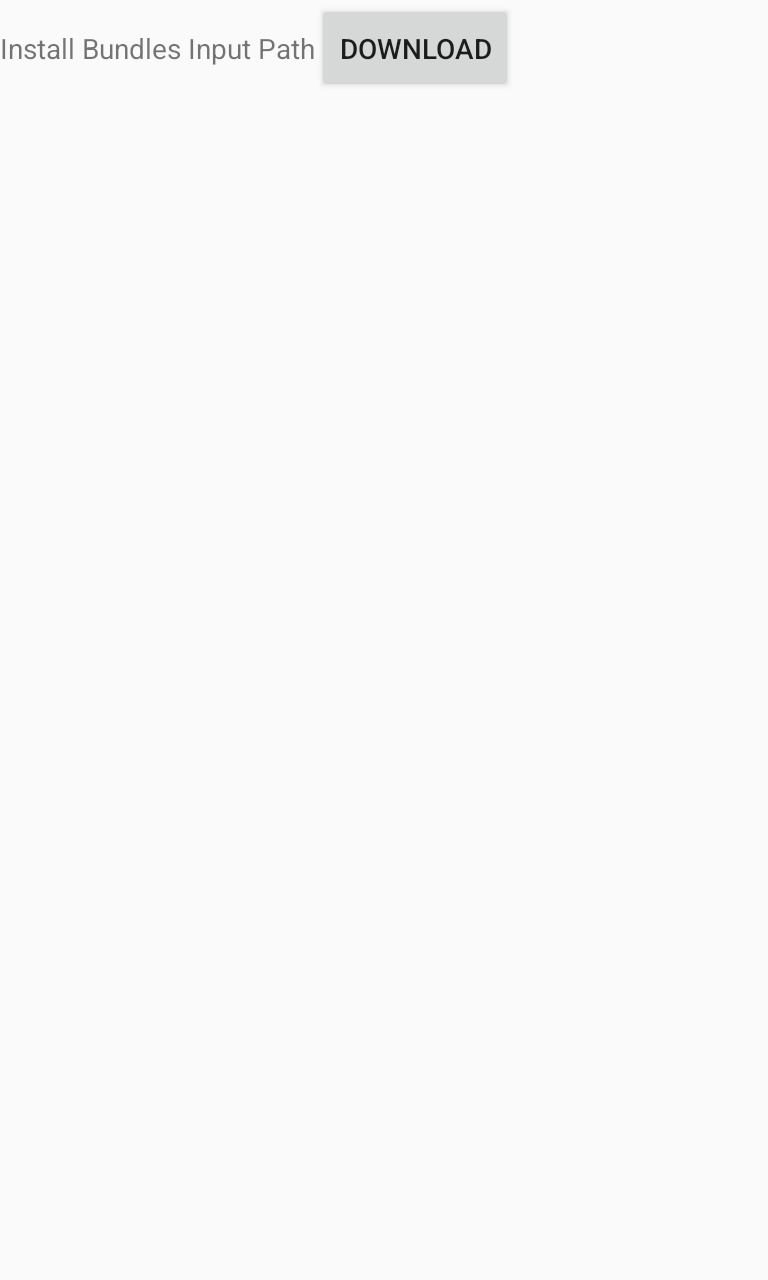
Repository: theodosiac/gyroscope_Rest_Android
Layout: HelloFelix/res/layout/activity_main.xml
These files come from the project's save history. The layout is drawn as it stood at one moment and after a run of saves; the edit follows.
It is drawn on a 768 x 1280 px phone screen (xhdpi) without system bars, with theme AppTheme; the app's code is not run.

Above is the layout before, as saved 2015-03-25 18:46:30.

After the next 2 saves:
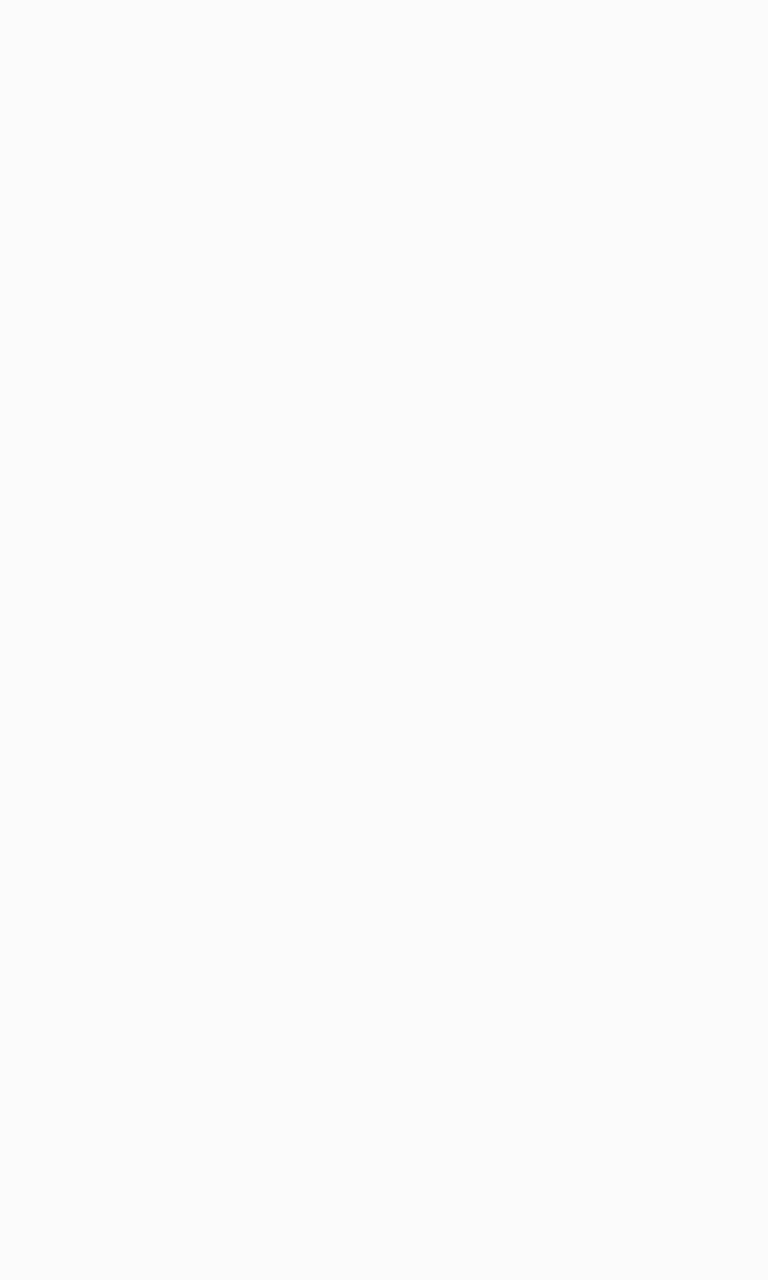
The 2 saves are shown as one change because they came seconds apart.
The last was saved 2 min 10 s later.
--- a/HelloFelix/res/layout/activity_main.xml
+++ b/HelloFelix/res/layout/activity_main.xml
@@ -6,7 +6,7 @@
     tools:context=".MainActivity" >
 
     	<LinearLayout
-		    android:layout_width="match_parent"
+		    android:layout_width="0dp"
 		    android:layout_height="match_parent"
 		    android:orientation="horizontal"
 		    tools:context=".MainActivity" >

After the save that followed:
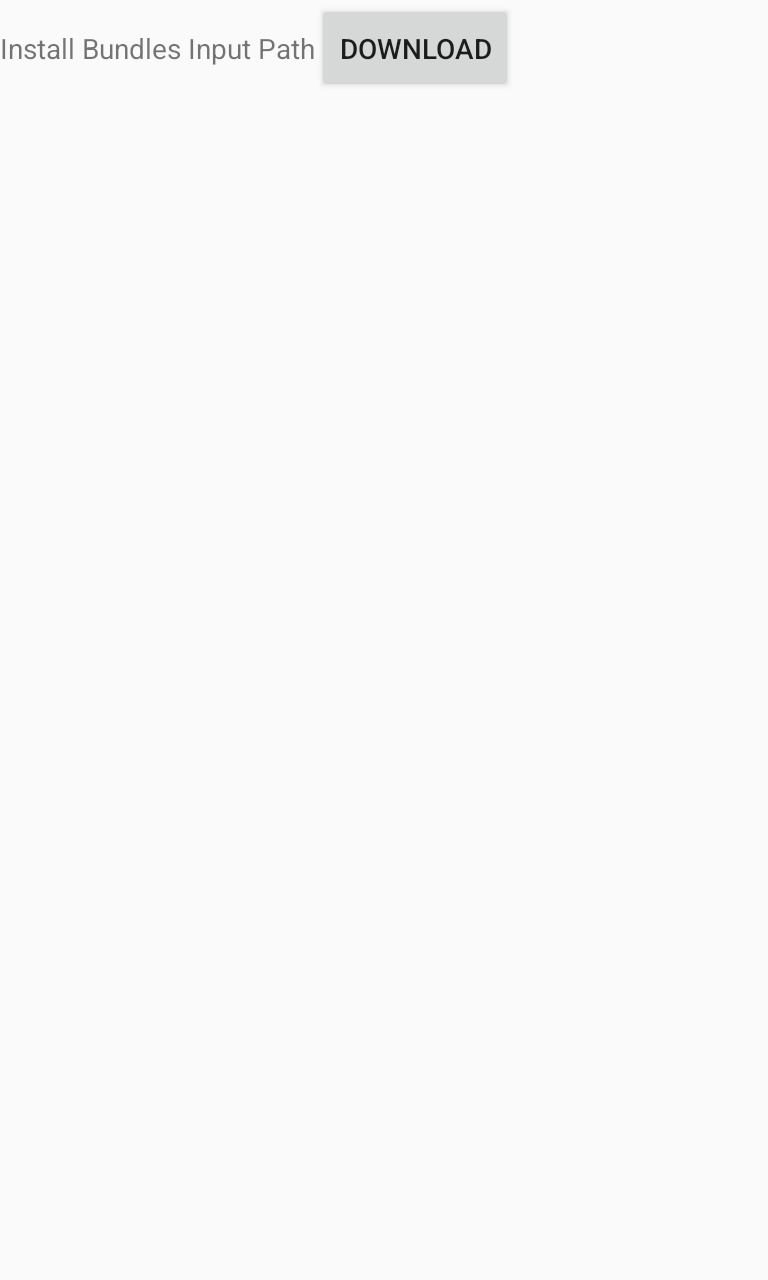
Saved 71 s later.
--- a/HelloFelix/res/layout/activity_main.xml
+++ b/HelloFelix/res/layout/activity_main.xml
@@ -6,7 +6,7 @@
     tools:context=".MainActivity" >
 
     	<LinearLayout
-		    android:layout_width="0dp"
+		    android:layout_width="match_parent"
 		    android:layout_height="match_parent"
 		    android:orientation="horizontal"
 		    tools:context=".MainActivity" >
